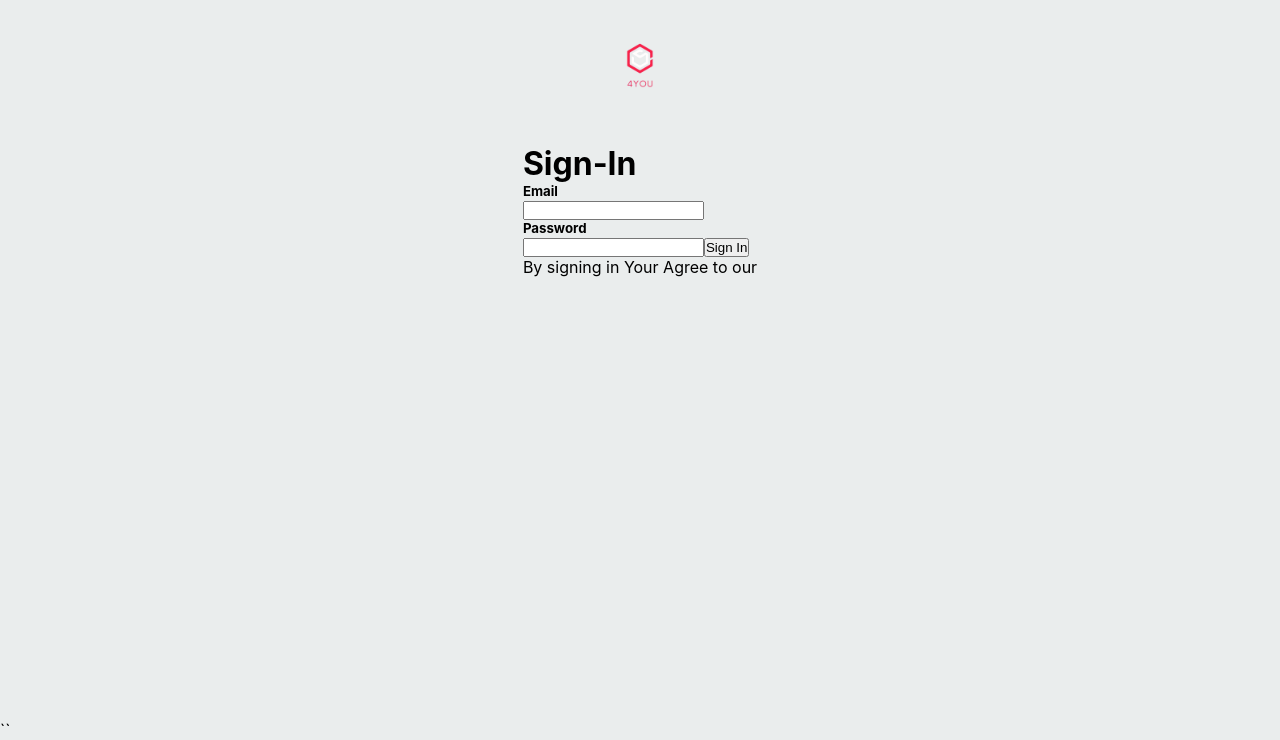
Repository: wansimathurin/4-YOU-ECOMMERCE
Page: /login
An editor plug-in stored every save of this project. The page is shown before and after the next save, followed by the edit.
The browser window is 1280 px wide. The pictures show the whole page.
Some web libraries are served in a nearby version. The project was rebuilt for these pictures with package versions that can differ from the ones it lists, and the page was loaded fresh each time. Also part of the build but not shown: src/Header.js, src/Product.js, src/Home.css, src/Home.js, src/checkout.css, src/CheckoutProduct.css, src/CheckoutProduct.js, src/Checkout.js. Imported but missing from the stored project, and not drawn on this page: src/video.mp4.

Above is the page before, as saved 2021-06-08 05:15:24.

### public/index.html
<!DOCTYPE html>
<html lang="en">
  <head>
    <script src="https://kit.fontawesome.com/a076d05399.js" crossorigin="anonymous"></script>
    <meta charset="utf-8" />
    <link rel="icon" href="%PUBLIC_URL%/favicon.ico" />
    <meta name="viewport" content="width=device-width, initial-scale=1" />
    <meta name="theme-color" content="#000000" />
    <meta
      name="description"
      content="Web site created using create-react-app"
    />
    <link rel="apple-touch-icon" href="%PUBLIC_URL%/logo192.png" />
    <!--
      manifest.json provides metadata used when your web app is installed on a
      user's mobile device or desktop. See https://developers.google.com/web/fundamentals/web-app-manifest/
    -->
    <link rel="manifest" href="%PUBLIC_URL%/manifest.json" />
    <!--
      Notice the use of %PUBLIC_URL% in the tags above.
      It will be replaced with the URL of the `public` folder during the build.
      Only files inside the `public` folder can be referenced from the HTML.

      Unlike "/favicon.ico" or "favicon.ico", "%PUBLIC_URL%/favicon.ico" will
      work correctly both with client-side routing and a non-root public URL.
      Learn how to configure a non-root public URL by running `npm run build`.
    -->
    <title>React App</title>
  </head>
  <body>
    <noscript>You need to enable JavaScript to run this app.</noscript>
    <div id="root"></div>
    <!--
      This HTML file is a template.
      If you open it directly in the browser, you will see an empty page.

      You can add webfonts, meta tags, or analytics to this file.
      The build step will place the bundled scripts into the <body> tag.

      To begin the development, run `npm start` or `yarn start`.
      To create a production bundle, use `npm run build` or `yarn build`.
    -->
  </body>
</html>

### src/App.js
import React from "react";
import "./App.css";
import Header from './Header';
import Home from './Home';
import Checkout from './Checkout'
import Login from "./Login"

import { BrowserRouter as Router, Switch, Route } from "react-router-dom";

function App() {
  return (
    <Router>
        <div className="app">
          <Switch>
              <Route path="/checkout">
                    <Header />
                    <Checkout />
              </Route>
              <Route path="/login">
                    <Login />``
              </Route>
              <Route path="/">
                 <Header />
                 <Home />

              </Route>


          </Switch>
        </div>
    </Router>
  );
}

export default App;

### src/StateProvider.js
// setup data layer
// we need this to track the basket
import React, { createContext, useContext, useReducer } from "react";
//This is the data layer
export const StateContext = createContext()
//Build a provider
export const StateProvider = ({reducer, initialState, children}) => (
    <StateContext.Provider value={useReducer(reducer, initialState)}>
        {children}
    </StateContext.Provider>
)
//This is how we use it inside of a component
export const useStateValue = () => useContext(StateContext)

### src/reducer.js
export const initialState = {
    basket: [
      {
        id:"4444",
        title:"Poodle ( Toto )",
        price:2800,
        rating:3,
        image:"http://loveteacuppuppy.com/wp-content/uploads/2020/01/KakaoTalk_20200128_184810841-600x600.jpg",
      },
    ],
    user: null
}

export const getBasketTotal = (basket) => basket?.reduce((amount, item) => item.price + amount, 0);

function reducer(state, action) {
    switch(action.type) {
        case "SET_USER":
            return {
                ...state,
                user: action.user
            }
        case "ADD_TO_BASKET":
            return {
                ...state,
                basket: [...state.basket, action.item]
            };
        case 'REMOVE_FROM_BASKET':
            let newBasket  = [...state.basket];
            const index = state.basket.findIndex((basketItem) => basketItem.id === action.id);
            if(index >= 0) {
                //item exist in the basket, remove it
                newBasket.splice(index, 1)
            } else {
                console.warn (
                    `Can't remove product{id: ${action.id}} as it is not in the basket`
                );
            }
            return{
                ...state,
                basket: newBasket
            };
        default:
            return state
    }
}
export default reducer;

### src/Login.js
import React from 'react';
import "./Login.css";
import logo1  from "./logo1.png";
import {Link} from "react-router-dom";

function Login() {
    return (
        <div className="Login">
            <Link to="/">
            <img className="header__logo" src={logo1} alt=""></img>
            </Link>
            <div className="Login__container">
                <h1>Sign-In</h1>
                <form>
                    <h5>Email</h5>
                    <input type="text"/>
                    <h5>Password</h5>
                    <input type="password"/>
                    <button type="">Sign In</button>
                </form>
                <p>By signing in Your Agree to our </p>
            </div>
        </div>
    )
}

export default Login

### src/Header.css
.header{
    background-color:#296073;
    display:flex;
    align-items:center;
    position: sticky;
    top:0;
    z-index:100;
  }

.header__logo{
    width:100px;
    margin-left: 20px;
    margin-right: 20px;
    margin-top:18px;
    object-fit:contain;
}

.hearder__searchIcon{
   background-color:#f49432;
   padding:5px;
   height:22px !important;

}
.hearder__optionLineOne{
    font-size: 10px;
}
.hearder__optionLineTwo{
    font-size: 13px;
    font-weight: 800;
}
.header__search{
    display:flex;
    flex:1;
}
.header__searchInput{
    height:12px;
    padding:10px;
    border:none;
    width:100%;
}
.hearder__nav{
    display:flex;
    justify-content:space-evenly;
}
.hearder__link{
    display:flex;
    flex-direction: column;
    color: white;
    text-decoration: none;
}
.hearder__option{
    display:flex;
    flex-direction:column;
    margin-left: 10px;
    margin-right:10px;
}
.header__optionBasket{
    display:flex;
}
.headerBasketCount{
    margin-left: 10px;
    margin-right: 10px;
}

### src/Login.css
.Login{
    display:flex;
    flex-direction: column;
    align-items:center;
    height:100vh;
}

.header__logo{
    margin-top:20px;
    margin-bottom:20px;
    object-fit: contain;
    width: 100px;
    margin-left: auto;
    margin-right: auto;
}

### src/Product.css
.product__rating{
    display:flex;

}
.product{
    flex: 1;
    flex-wrap:wrap;
   display: flex;
   flex-direction:column;
   max-height:400px;
   min-width:100px;
   align-items:center;
   margin:10px;
   justify-content: flex-end;
   background-color:white;
   z-index: 1;
}
.product__price{
    margin-top: 5px;
}
.product > img{
 width: 100%;
 max-height: 200px;
 object-fit: contain;
 margin-bottom: 15px;
}
.product__info{
    max-height: 100px;
    margin:15px;
}
.product > button{
    padding:5px;
    margin-bottom: 20px;
    background-color:#296073;
    border: 1px solid;
    border-color:#296073;
}.product > button:hover{
    background-color:#f49432;
}
.fas{
    color: #f49432;
}
button{
    cursor: pointer;
}

Loaded but not shown: src/index.js (common file); src/index.css (common file); src/App.css (common file)

After the next save:
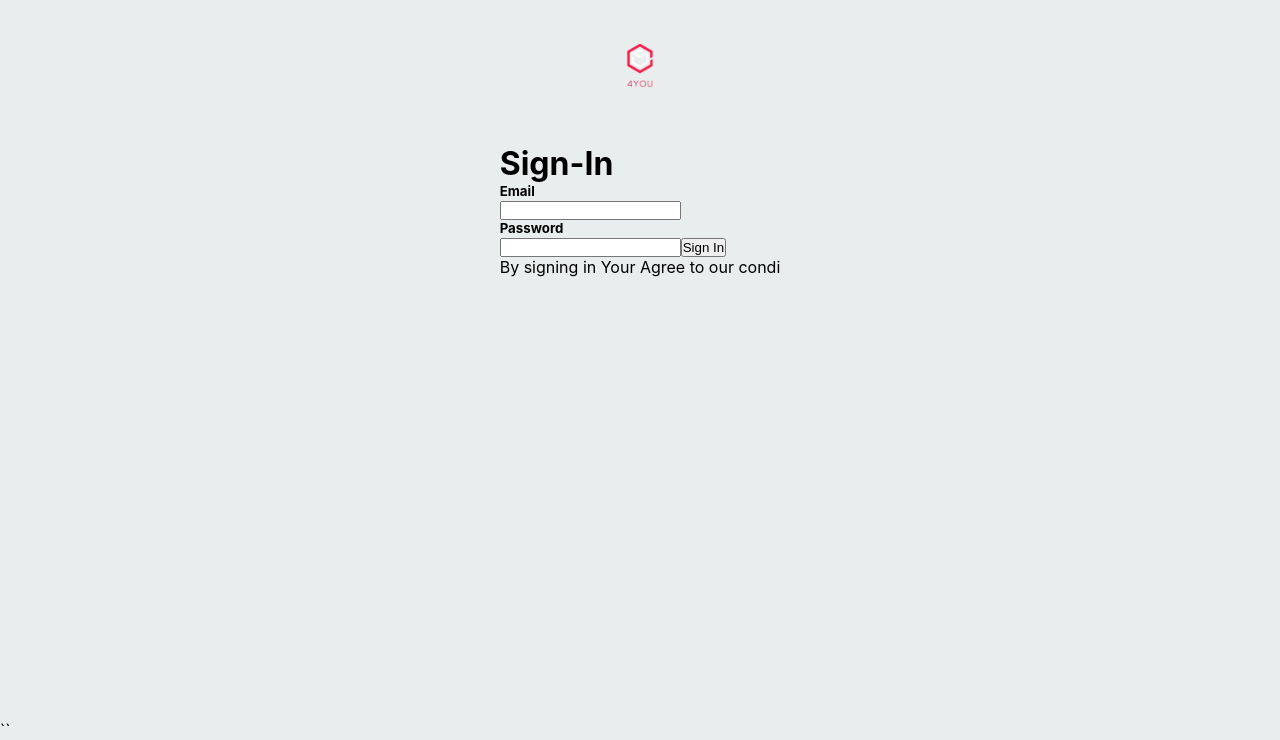
Saved 4 s later.
--- a/src/Login.js
+++ b/src/Login.js
@@ -18,7 +18,7 @@ function Login() {
                     <input type="password"/>
                     <button type="">Sign In</button>
                 </form>
-                <p>By signing in Your Agree to our </p>
+                <p>By signing in Your Agree to our condi</p>
             </div>
         </div>
     )
